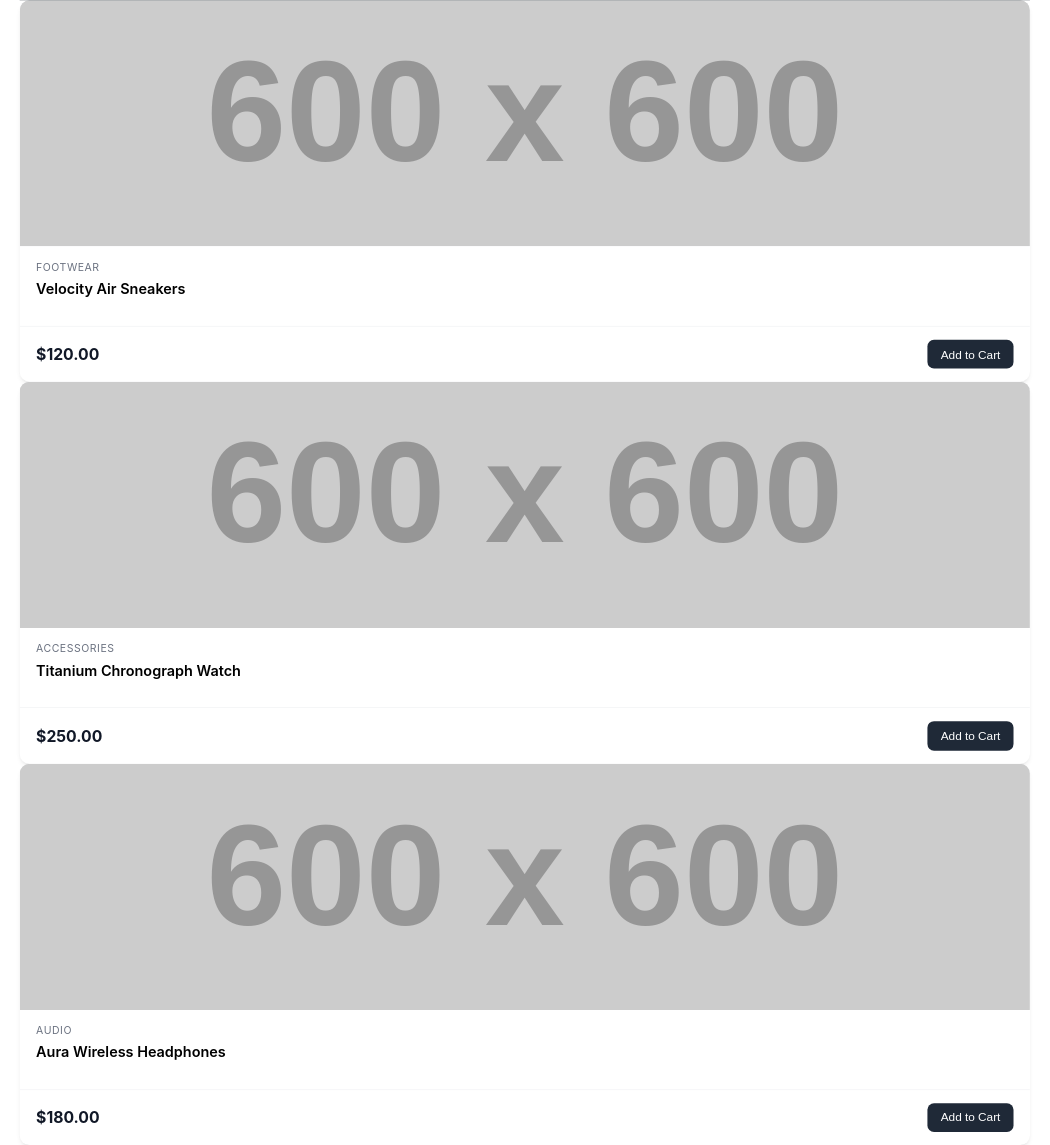
Repository: rywkoo/guitar-mart
Page: http://localhost/
An editor plug-in stored every save of this project. The page is shown before and after a run of saves, followed by the edit.
The browser window is 1280 px wide. The pictures show the part of the page from y = 748 to 2144 px (the page is 2144 px tall before and 1520 px after), at 82% of full size.
The page is served by the project's application, run on Flask 3 (app.py). Other server files are loaded and not shown.

Above is the page before, as saved 2025-10-28 12:48:09.

### templates/home.html
{% extends "base.html" %}
{% block title %}Home - Mini Mart{% endblock %}

{% block content %}
<style>
    :root {
        /*
            Using an image from picsum.photos for demonstration.
            Replace with your own image.
        */
        --psh-bg-image: url('https://picsum.photos/id/1015/1600/1200');
        --psh-min-height: 90vh;
        --psh-padding: 0rem 0rem;
        --psh-text-color: #ffffff;
        --psh-overlay-color: rgba(17, 24, 39, 0.5);
        --psh-cta-bg: #fff;
        --psh-cta-text-color: #111827;
        --psh-cta-hover-bg: #f3f4f6;
    }
    .parallax-hero {
        box-sizing: border-box;
        font-family: ui-sans-serif, system-ui, -apple-system, BlinkMacSystemFont, "Segoe UI", Roboto, "Helvetica Neue", Arial, "Noto Sans", sans-serif, "Apple Color Emoji", "Segoe UI Emoji", "Segoe UI Symbol", "Noto Color Emoji";
        min-height: var(--psh-min-height);
        padding: var(--psh-padding);
        width: 100%;
        position: relative;
        display: flex;
        justify-content: center;
        align-items: center;
        text-align: center;
        background-image: var(--psh-bg-image);
        background-position: center 0;
        background-repeat: no-repeat;
        background-size: cover;
    }
    .parallax-hero::before {
        content: '';
        position: absolute;
        top: 0; left: 0; right: 0; bottom: 0;
        background-color: var(--psh-overlay-color);
        z-index: 1;
    }
    .parallax-hero * {
         box-sizing: border-box;
    }
    .psh-content {
        position: relative;
        z-index: 2;
        max-width: 900px;
        color: var(--psh-text-color);
    }
    .psh-content .title {
        font-size: clamp(2.5rem, 6vw, 4.5rem);
        font-weight: 800;
        line-height: 1.1;
        margin: 0 0 1rem;
        text-shadow: 0 2px 4px rgba(0,0,0,0.2);
    }
    .psh-content .subtitle {
        font-size: clamp(1.1rem, 3vw, 1.25rem);
        margin: 0 0 2rem;
        max-width: 700px;
        margin-left: auto;
        margin-right: auto;
    }
    .psh-content .cta {
        display: inline-block;
        background-color: var(--psh-cta-bg);
        color: var(--psh-cta-text-color);
        padding: 0.9rem 2.2rem;
        border-radius: 8px;
        border: none;
        font-size: 1.05rem;
        font-weight: 600;
        text-decoration: none;
        cursor: pointer;
        transition: background-color 0.3s ease;
    }
    .psh-content .cta:hover {
        background-color: var(--psh-cta-hover-bg);
    }

    /* Extra content section for demonstrating the scroll effect */
    .scroll-demo-content {
        height: 100vh; /* Ensures a lot of scroll space */
        padding: 4rem 1.5rem;
        background-color: #fff;
        color: #111827;
    }
    .scroll-demo-content p {
        max-width: 700px;
        margin: 0 auto 1rem;
        line-height: 1.6;
    }

    /* === Grid Container for the Cards === */
    .cards-grid-container {
        display: grid;
        grid-template-columns: repeat(auto-fill, minmax(280px, 1fr));
        gap: 1.5rem;
        padding: 1.5rem;
    }

    /* === Product Card Styles === */
    .product-card {
        --product-card-radius: 12px;
        --product-card-shadow: 0 4px 6px -1px rgba(0,0,0,0.07), 0 2px 4px -2px rgba(0,0,0,0.07);

        background-color: #ffffff;
        border-radius: var(--product-card-radius);
        box-shadow: var(--product-card-shadow);
        overflow: hidden;
        display: flex;
        flex-direction: column;
        transition: box-shadow 0.2s ease, transform 0.2s ease;
    }

    .product-card:hover {
        transform: translateY(-5px);
        box-shadow: 0 10px 15px -3px rgba(0,0,0,0.1), 0 4px 6px -4px rgba(0,0,0,0.1);
    }

    .product-card a.product-card-link {
        text-decoration: none;
        color: inherit;
    }

    /* Image container */
    .product-card-image-container {
        position: relative;
        background-color: #f3f4f6; /* Fallback for transparent images */
    }

    .product-card-image {
        width: 100%;
        height: 300px;
        object-fit: cover;
        display: block;
    }

    /* Product details */
    .product-card-content {
        padding: 1rem 1.25rem;
        display: flex;
        flex-direction: column;
        flex-grow: 1; /* Pushes footer to the bottom */
    }

    .product-card-category {
        font-size: 0.8rem;
        color: #6b7280;
        text-transform: uppercase;
        letter-spacing: 0.05em;
        margin-bottom: 0.25rem;
    }

    .product-card-title {
        font-size: 1.1rem;
        font-weight: 600;
        line-height: 1.4;
        margin: 0;
    }

    /* Price and Action button footer */
    .product-card-footer {
        display: flex;
        justify-content: space-between;
        align-items: center;
        padding: 1rem 1.25rem;
        border-top: 1px solid #f3f4f6;
        margin-top: 1rem;
    }

    .product-card-price {
        font-size: 1.2rem;
        font-weight: 700;
        color: #111827;
    }

    .product-card-cta {
        background-color: #1f2937;
        color: #ffffff;
        font-size: 0.9rem;
        font-weight: 500;
        border: none;
        border-radius: 8px;
        padding: 0.6rem 1rem;
        cursor: pointer;
        transition: background-color 0.2s ease;
    }

    .product-card-cta:hover {
        background-color: #374151;
    }

</style>

<!--
======================================================================
  HTML
  - Place this in your <body> where you want the component to appear.
======================================================================
-->
<section class="parallax-hero" id="parallax-hero-section">
    <div class="psh-content">
        <h1 class="title">A New Perspective</h1>
        <p class="subtitle">Our innovative approach redefines industry standards, creating solutions that are both powerful and elegant.</p>
        <a href="#" role="button" class="cta">Learn More About Us</a>
    </div>
</section>


    <!-- Product 1 -->
    <article class="product-card">
        <a href="#" class="product-card-link">
            <div class="product-card-image-container">
                 <!-- Image by placehold.co. Replace with your own. -->
                <img src="https://placehold.co/600x600/6366f1/ffffff/png?text=Sneakers" alt="A pair of colorful modern athletic sneakers." class="product-card-image">
            </div>
            <div class="product-card-content">
                <span class="product-card-category">Footwear</span>
                <h3 class="product-card-title">Velocity Air Sneakers</h3>
            </div>
        </a>
        <footer class="product-card-footer">
            <span class="product-card-price">$120.00</span>
            <button type="button" class="product-card-cta">Add to Cart</button>
        </footer>
    </article>

    <!-- Product 2 -->
    <article class="product-card">
        <a href="#" class="product-card-link">
            <div class="product-card-image-container">
                 <!-- Image by placehold.co. Replace with your own. -->
                <img src="https://placehold.co/600x600/f59e0b/ffffff/png?text=Watch" alt="A stylish silver wristwatch with a dark face." class="product-card-image">
            </div>
            <div class="product-card-content">
                <span class="product-card-category">Accessories</span>
                <h3 class="product-card-title">Titanium Chronograph Watch</h3>
            </div>
        </a>
        <footer class="product-card-footer">
            <span class="product-card-price">$250.00</span>
            <button type="button" class="product-card-cta">Add to Cart</button>
        </footer>
    </article>

    <!-- Product 3 -->
    <article class="product-card">
        <a href="#" class="product-card-link">
            <div class="product-card-image-container">
                <!-- Image by placehold.co. Replace with your own. -->
                <img src="https://placehold.co/600x600/10b981/ffffff/png?text=Audio" alt="A pair of sleek wireless over-ear headphones in black." class="product-card-image">
            </div>
            <div class="product-card-content">
                <span class="product-card-category">Audio</span>
                <h3 class="product-card-title">Aura Wireless Headphones</h3>
            </div>
        </a>
        <footer class="product-card-footer">
            <span class="product-card-price">$180.00</span>
            <button type="button" class="product-card-cta">Add to Cart</button>
        </footer>
    </article>

</div>
<!--
======================================================================
  JavaScript
  - Place this right before your closing </body> tag.
======================================================================
-->
<script>
(function() {
    const parallaxSection = document.getElementById('parallax-hero-section');
    if (!parallaxSection) return;

    // --- Configuration ---
    const parallaxSpeed = 0.5; // Set speed factor. 0.5 means it scrolls at half the speed.
    // --- End Configuration ---

    window.addEventListener('scroll', function() {
        const offset = window.pageYOffset;
        parallaxSection.style.backgroundPositionY = offset * parallaxSpeed + 'px';
    });
})();
</script>
{% endblock %}

### templates/base.html
<!DOCTYPE html>
<html lang="en">
<head>
    <meta charset="UTF-8">
    <meta name="viewport" content="width=device-width, initial-scale=1.0">
    <title>Mega Menu Navbar (Definitive Final Version)</title>
    <style>
        /*
        ========================================
        CSS Custom Properties (Base Theme)
        ========================================
        */
        :root {
            --color-background: #ffffff;
            --color-surface: #f8f9fa; /* For menu background */
            --color-text-primary: #212529;
            --color-text-secondary: #495057;
            --color-primary: #0056b3;
            --color-border: #e9ecef;
            --font-family-sans-serif: "Inter", -apple-system, BlinkMacSystemFont, "Segoe UI", Roboto, sans-serif;
            --font-weight-bold: 600;
            --navbar-height: 80px;
            --navbar-padding: 1.5rem;
            --container-width: 100%;
            --border-radius: 8px;
            --transition-speed: 0.3s;
        }

        @import url('https://fonts.googleapis.com/css2?family=Inter:wght@400;600&display=swap');

        *, *::before, *::after { box-sizing: border-box; }
        body { margin: 0; font-family: var(--font-family-sans-serif); line-height: 1.6; }
        .content { height: 200vh; max-width: var(--container-width); margin: 0 auto; padding: 20px var(--navbar-padding); }
        ul { list-style: none; margin: 0; padding: 0; }
        a { text-decoration: none; color: var(--color-text-secondary); transition: color var(--transition-speed) ease; }
        a:hover, a:focus { color: var(--color-primary); }

        .navbar { position: sticky; top: 0; z-index: 1000; height: var(--navbar-height); display: flex; align-items: center; background-color: var(--color-background); box-shadow: 0 2px 5px rgba(0,0,0,0.05); }
        .navbar__container { display: flex; justify-content: space-between; align-items: center; width: 100%; max-width: var(--container-width); margin: 0 auto; padding: 0 var(--navbar-padding); }
        .navbar__brand { font-size: 1.75rem; font-weight: var(--font-weight-bold); color: var(--color-text-primary); }
        .navbar__toggle { display: block; border: 1px solid var(--color-border); border-radius: 4px; padding: 0.25rem 0.75rem; background: transparent; cursor: pointer; }
        .navbar__toggle .bar { display: block; width: 22px; height: 2px; margin: 6px 0; background-color: var(--color-text-primary); transition: transform var(--transition-speed) ease; }
        .navbar__toggle.is-active .bar:nth-child(1) { transform: translateY(8px) rotate(45deg); }
        .navbar__toggle.is-active .bar:nth-child(2) { opacity: 0; }
        .navbar__toggle.is-active .bar:nth-child(3) { transform: translateY(-8px) rotate(-45deg); }

        .navbar__menu { display: none; }
        .navbar__menu.is-active { display: block; position: absolute; top: var(--navbar-height); left: 0; width: 100%; background-color: var(--color-background); box-shadow: 0 8px 16px rgba(0,0,0,0.1); }

        .navbar__item > .navbar__link { display: flex; align-items: center; padding: 1.25rem var(--navbar-padding); font-weight: var(--font-weight-bold); }
        .navbar__item:not(:last-child) { border-bottom: 1px solid var(--color-border); }

        :is(.navbar__toggle, .navbar__link):focus-visible { outline: 2px solid var(--color-primary); outline-offset: 2px; }

        /* Mobile Accordion Styles */
        .mega-menu-toggle { justify-content: space-between; width: 100%; }
        .mega-menu-toggle::after { content: 'â€º'; font-size: 1.5em; transform: rotate(90deg); transition: transform var(--transition-speed) ease; }
        .mega-menu-item.is-active > .mega-menu-toggle::after { transform: rotate(-90deg); }
        .mega-menu { max-height: 0; overflow: hidden; background-color: var(--color-surface); transition: max-height var(--transition-speed) ease-in-out; }
        .mega-menu-item.is-active > .mega-menu { max-height: 1000px; }
        .mega-menu__list { padding: 0.5rem var(--navbar-padding); }
        .mega-menu__list li a { display: flex; align-items: center; gap: 0.75rem; padding: 0.75rem; border-radius: var(--border-radius); }
        .mega-menu__list li a:hover { background-color: #e9ecef; }
        .mega-menu__list .icon { width: 20px; height: 20px; flex-shrink: 0; color: var(--color-primary); }
        .mega-menu__heading { display: none; }
        .mega-menu__feature { display: none; }

        @media (min-width: 992px) {
            .navbar__toggle { display: none; }
            .navbar__menu { display: flex; align-items: center; position: static; width: auto; background: none; box-shadow: none; }
            .navbar__list { display: flex; align-items: center; gap: 0.5rem; }
            .navbar__item, .navbar__item:not(:last-child) { border: none; }
            .navbar__item > .navbar__link { padding: 0.5rem 1rem; }
            .mega-menu-toggle::after { content: '\25BE'; margin-left: 0.5em; transform: rotate(0); }

            /* --- The Definitive Positioning Fix --- */
            .mega-menu-item {
                /* FIX #1: Make the parent LI static on desktop. */
                /* This forces the child .mega-menu to anchor to the full-width .navbar. */
                position: static;
            }
            .mega-menu {
                /* FIX #2: Position the menu relative to the full viewport/navbar. */
                display: block; position: absolute;
                top: calc(var(--navbar-height) - 5px); /* Appears just below the navbar */
                left: 50%;
                transform: translateX(-50%);
                width: 90vw; max-width: 900px;
                background-color: var(--color-background); border: 1px solid var(--color-border);
                border-radius: var(--border-radius); box-shadow: 0 10px 30px rgba(0,0,0,0.1);
                opacity: 0; visibility: hidden;
                transition: opacity var(--transition-speed) ease, visibility var(--transition-speed) ease;
                max-height: none;
            }
            .mega-menu-item:hover > .mega-menu, .mega-menu-item:focus-within > .mega-menu { opacity: 1; visibility: visible; }
            /* --- End of Fix --- */

            .mega-menu__content { padding: 1.5rem; }
            .mega-menu__grid { display: grid; grid-template-columns: repeat(3, 1fr); gap: 2rem; }
            .mega-menu__list { padding: 0; }
            .mega-menu__heading { display: block; font-size: 0.9rem; font-weight: var(--font-weight-bold); text-transform: uppercase; color: var(--color-text-secondary); margin-bottom: 1rem; padding: 0 0.75rem; }
            .mega-menu__feature { display: block; border-radius: var(--border-radius); overflow: hidden; }
            .mega-menu__feature img { display: block; width: 100%; height: auto; }
            .mega-menu__feature-content { padding: 1rem; background-color: var(--color-surface); }
            .mega-menu__feature-content h4 { margin: 0 0 0.5rem; }
            .mega-menu__feature-content p { font-size: 0.9rem; margin: 0 0 1rem; }
            .mega-menu__cta { display: inline-block; padding: 0.5rem 1rem; background-color: var(--color-primary); color: #fff; font-weight: var(--font-weight-bold); border-radius: var(--border-radius); }
        }
    </style>
</head>
<body>

    <header class="navbar">
        <div class="navbar__container">
            <a href="#" class="navbar__brand">MegaCorp</a>
            <button class="navbar__toggle" id="navbarToggle" aria-label="Toggle navigation" aria-expanded="false">
                <span class="bar"></span><span class="bar"></span><span class="bar"></span>
            </button>
            <nav id="navbarMenu" class="navbar__menu" role="navigation">
                <ul class="navbar__list">
                    <li class="navbar__item"><a href="#" class="navbar__link">Home</a></li>

                    <!-- Mega Menu Item Start -->
                    <li class="navbar__item mega-menu-item">
                        <a href="#" class="navbar__link mega-menu-toggle" role="button" aria-haspopup="true" aria-expanded="false">Products</a>
                        <div class="mega-menu">
                            <div class="mega-menu__content">
                                <div class="mega-menu__grid">
                                    <div class="mega-menu__column">
                                        <h3 class="mega-menu__heading">Software Solutions</h3>
                                        <ul class="mega-menu__list">
                                            <li><a href="#"><svg class="icon" viewBox="0 0 24 24"><path fill="currentColor" d="M14,6H10V4H14M10,12H14V14H10M20,2H4C2.9,2 2,2.9 2,4V20C2,21.1 2.9,22 4,22H20C21.1,22 22,21.1 22,20V4C22,2.9 21.1,2 20,2Z"></path></svg> <span>Enterprise CRM</span></a></li>
                                            <li><a href="#"><svg class="icon" viewBox="0 0 24 24"><path fill="currentColor" d="M3,3H9V7H3V3M15,10H21V14H15V10M15,17H21V21H15V17M13,3H21V7H13V3M3,10H11V21H3V10M15,3H13V7H15V3Z"></path></svg> <span>Analytics Suite</span></a></li>
                                            <li><a href="#"><svg class="icon" viewBox="0 0 24 24"><path fill="currentColor" d="M19,20C19,21.1 18.1,22 17,22H7C5.9,22 5,21.1 5,20V4C5,2.9 5.9,2 7,2H17C18.1,2 19,2.9 19,4V20M17,18H7V6H17V18M12,10.5C11.3,10.5 10.6,10.6 10,10.8V12.1C10.5,12 11,12 11.5,12C12.4,12 12.9,12.5 12.9,13.2C12.9,13.8 12.5,14.3 11.5,14.3H11.2V15.5H11.5C13.2,15.5 14.1,14.7 14.1,13.2C14.1,11.8 13.1,10.5 11.5,10.5H12Z"></path></svg> <span>Mobile Apps</span></a></li>
                                        </ul>
                                    </div>
                                    <div class="mega-menu__column">
                                        <h3 class="mega-menu__heading">Cloud Services</h3>
                                        <ul class="mega-menu__list">
                                            <li><a href="#"><svg class="icon" viewBox="0 0 24 24"><path fill="currentColor" d="M6.5,20Q4.22,20 2.61,18.39Q1,16.78 1,14.5Q1,12.55 2.13,11.09Q3.25,9.63 5.08,9.22Q5.5,7.05 7.15,5.72Q8.8,4.4 11,4.4Q13.3,4.4 15.1,6.15Q16.9,7.9 16.9,10.2Q16.9,10.55 16.87,10.9Q18.3,10.97 19.4,11.95Q20.5,12.93 20.5,14.4Q20.5,15.82 19.5,16.86Q18.5,17.9 17,17.9H13.2Q13.05,19.1 12.13,20.05Q11.2,21 10,21Q8.65,21 7.58,19.93Q6.5,18.85 6.5,17.5V17.45Q6.5,17.85 6.38,18.23Q6.25,18.6 6.5,20M6.5,15.6V17.5Q6.5,18.05 6.85,18.4Q7.2,18.75 7.75,18.75Q8.25,18.75 8.6,18.4Q8.95,18.05 8.95,17.5V15.5H17Q17.75,15.5 18.25,15Q18.75,14.5 18.75,14.4Q18.75,13.6 18.25,13.1Q17.75,12.6 17,12.6Q16.7,12.6 16.35,12.75V10.2Q16.35,8.25 14.85,6.75Q13.35,5.25 11.35,5.25Q9.35,5.25 7.9,6.75Q6.45,8.25 6.45,10.2V11.2L5.4,11.35Q4,11.65 3.25,12.6Q2.5,13.55 2.5,14.5Q2.5,16.05 3.5,17.05Q4.5,18.05 6.05,18.05H6.5V15.6Z"></path></svg> <span>Managed Hosting</span></a></li>
                                            <li><a href="#"><svg class="icon" viewBox="0 0 24 24"><path fill="currentColor" d="M12,2A10,10 0 0,0 2,12A10,10 0 0,0 12,22A10,10 0 0,0 22,12A10,10 0 0,0 12,2M16.2,16.2L11,13V7H12.5V12.2L17,14.9L16.2,16.2Z"></path></svg> <span>API Management</span></a></li>
                                        </ul>
                                    </div>
                                    <div class="mega-menu__column mega-menu__column--feature">
                                        <div class="mega-menu__feature">
                                            <img src="https://placehold.co/600x400/0056b3/ffffff?text=New+Feature" alt="Promotional image for a new feature.">
                                            <div class="mega-menu__feature-content">
                                                <h4>Analytics Suite 2.0</h4>
                                                <p>Unlock powerful new insights with our latest update.</p>
                                                <span class="mega-menu__cta">Learn More</span>
                                            </div>
                                        </div>
                                    </div>
                                </div>
                            </div>
                        </div>
                    </li>
                    <!-- Mega Menu Item End -->

                    <li class="navbar__item"><a href="#" class="navbar__link">Pricing</a></li>
                    <li class="navbar__item"><a href="#" class="navbar__link">Contact</a></li>
                </ul>
            </nav>
        </div>
    </header>
    <main class="content">
        {% block content %}
        {% endblock %}
    </main>
    <script>
    document.addEventListener('DOMContentLoaded', function () {
        const navbarToggle = document.getElementById('navbarToggle');
        const navbarMenu = document.getElementById('navbarMenu');
        if (navbarToggle) {
            navbarToggle.addEventListener('click', function() {
                navbarToggle.classList.toggle('is-active');
                navbarMenu.classList.toggle('is-active');
            });
        }
        const megaMenuToggles = document.querySelectorAll('.mega-menu-toggle');
        megaMenuToggles.forEach(toggle => {
            toggle.addEventListener('click', function(event) {
                const isMobileView = getComputedStyle(navbarToggle).display !== 'none';
                if (isMobileView) {
                    event.preventDefault();
                    const parentItem = this.closest('.mega-menu-item');
                    parentItem.classList.toggle('is-active');
                }
            });
        });
    });
    </script>
</body>
</html>

### app.py
from flask import Flask, render_template
from extensions import db, migrate, jwt
from config import Config

# Import blueprints
from routes.auth import auth_bp
from routes.products import products_bp
from routes.categories import categories_bp
from routes.cart import cart_bp
from routes.invoices import invoices_bp
from routes.admin import admin_bp

app = Flask(__name__)
app.config.from_object(Config)

# Initialize extensions
db.init_app(app)
migrate.init_app(app, db)
jwt.init_app(app)

# Register blueprints
app.register_blueprint(auth_bp, url_prefix="/api/auth")
app.register_blueprint(products_bp, url_prefix="/api/products")
app.register_blueprint(categories_bp, url_prefix="/api/categories")
app.register_blueprint(cart_bp, url_prefix="/api/cart")
app.register_blueprint(invoices_bp, url_prefix="/api/invoices")
app.register_blueprint(admin_bp)

@app.route("/test-product")
def test_product():
    return render_template("test_product.html")

@app.route("/register-page")
def register_page():
    return render_template("register.html")

@app.route("/login")
def login_page():
    return render_template("login.html")

@app.route("/admin/dashboard")
def dashboard_page():
    return render_template("admin/dashboard.html")

@app.route("/")
def home_page():
    return render_template("home.html")

if __name__ == "__main__":
    app.run(debug=True)

After the next 2 saves:
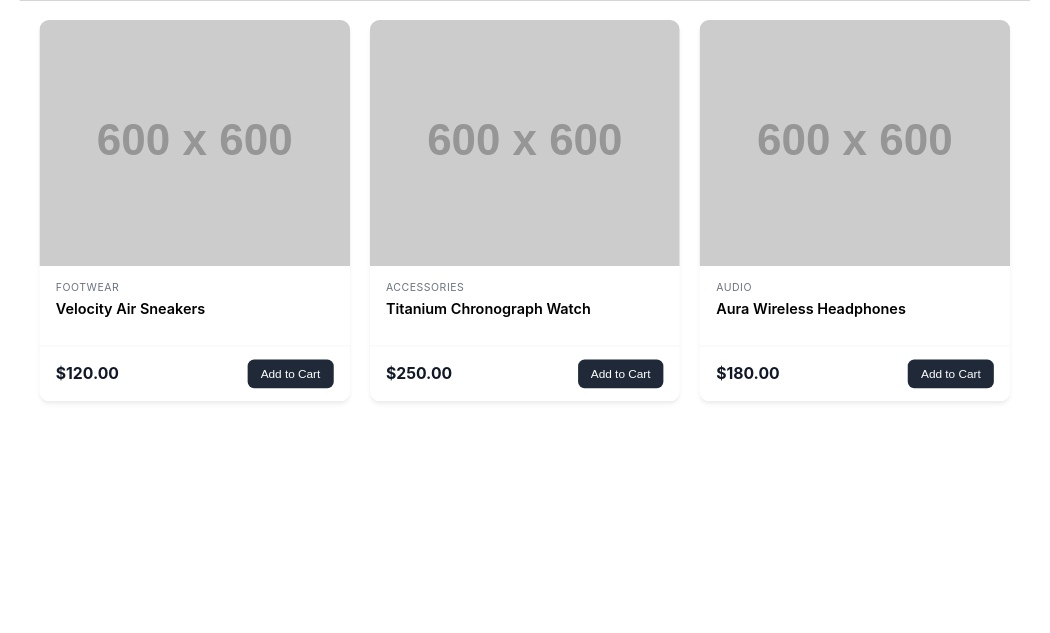
The 2 saves are shown as one change because they came seconds apart.
The last was saved 8 s later.
--- a/templates/home.html
+++ b/templates/home.html
@@ -209,6 +209,7 @@
     </div>
 </section>
 
+<div class="cards-grid-container">
 
     <!-- Product 1 -->
     <article class="product-card">
